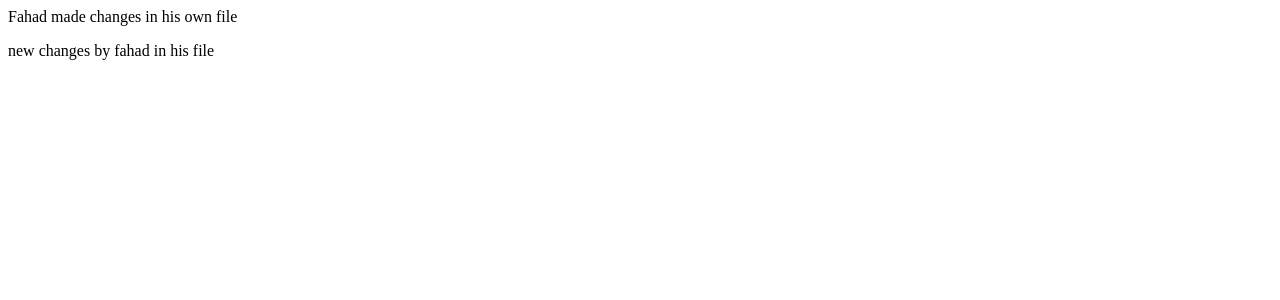
Repository: FahadAliSheikh/learnWorkFlow
Page: fahad.html
These files come from the project's save history. The page is drawn as it stood at one moment and after the next save; the edit follows.
The browser window is 1280 px wide. The pictures show the whole page.

Above is the page before, as saved 2019-03-23 13:29:38.

After the next save:
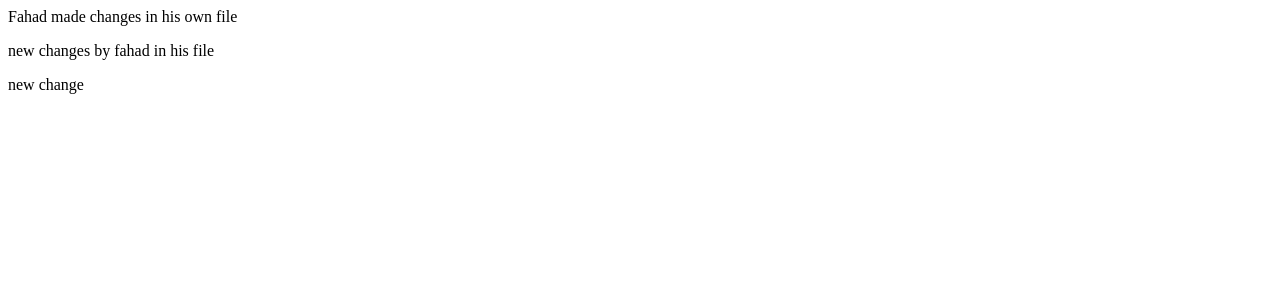
Saved 14 min 16 s later.
--- a/fahad.html
+++ b/fahad.html
@@ -1,2 +1,3 @@
 <p>Fahad made changes in his own file</p>
 <p>new changes by fahad in his file</p>
+<p>new change</p>
